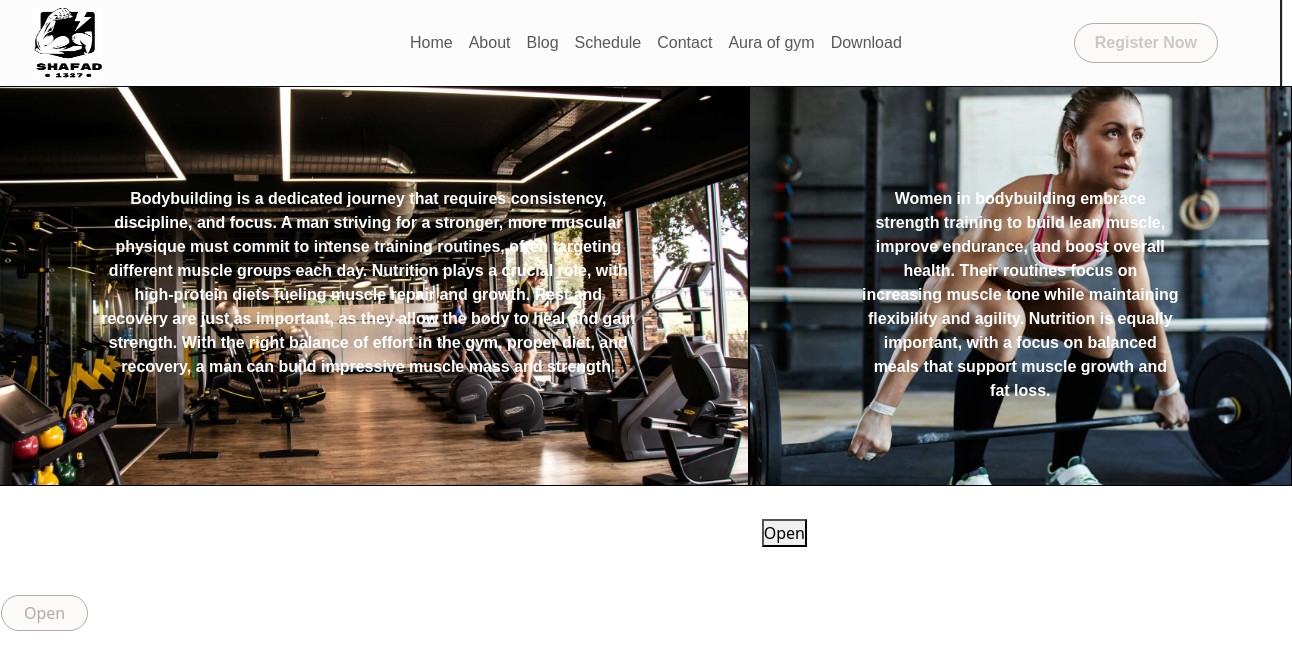
Repository: Daud-shafad/gymwebsite
Page: bootstrap-5.3.3-dist/bootstrap-5.3.3-dist/gym.html
The author's editor kept a copy of each file at every save. The page is drawn from the files as they stood at one save, then again after the next save.
The browser window is 1280 px wide. The page is 1292 px wide, so the pictures cover 1292 px, including what lies to the right of the window. The pictures show the whole page.

Above is the page before, as saved 2024-12-28 13:49:02.

After the next save:
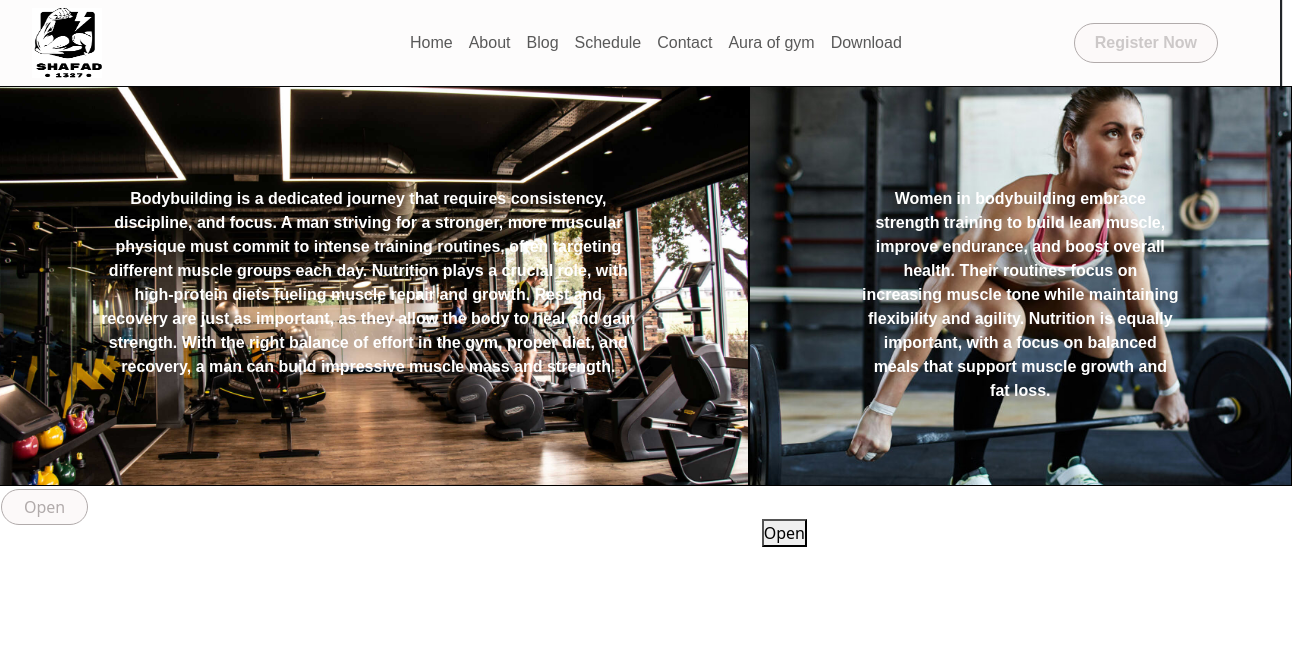
Saved 7 s later.
--- a/bootstrap-5.3.3-dist/bootstrap-5.3.3-dist/gym.css
+++ b/bootstrap-5.3.3-dist/bootstrap-5.3.3-dist/gym.css
@@ -60,7 +60,7 @@
    cursor: pointer;
    border-radius: 25px;
    padding: 5px 22px 5px 22px;
-   margin-top: 100px;
+   margin-top: -100px;
 }
 
 .row .col-5{
